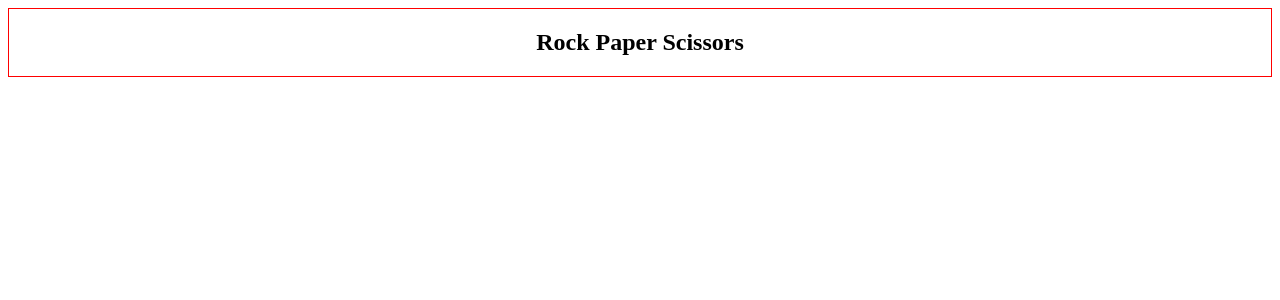
Repository: Aaryan-Poria/Rock-Paper-Scissors
Page: index.html
These files come from the project's save history. The page is drawn as it stood at one moment and after the next save; the edit follows.
The browser window is 1280 px wide. The pictures show the whole page.

Above is the page before, as saved 2023-08-20 16:02:17.

After the next save:
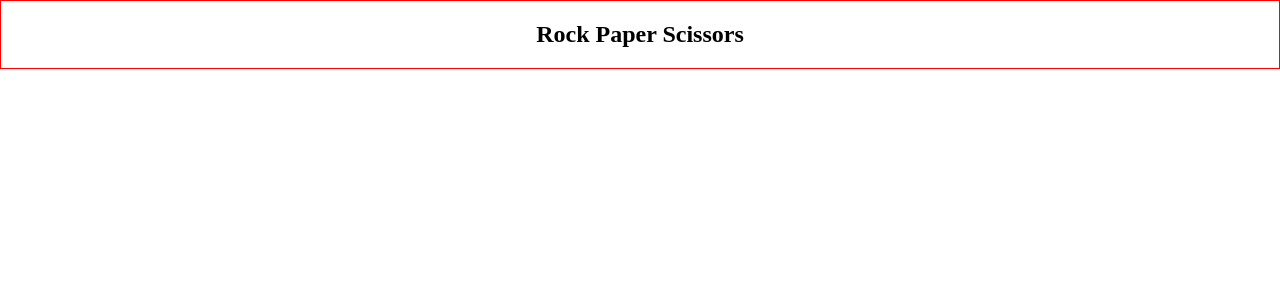
Saved 25 s later.
--- a/style.css
+++ b/style.css
@@ -1,4 +1,6 @@
 body {
+  margin: 0;
+  padding: 0;
   display: flex;
   flex-direction: column;
 }
